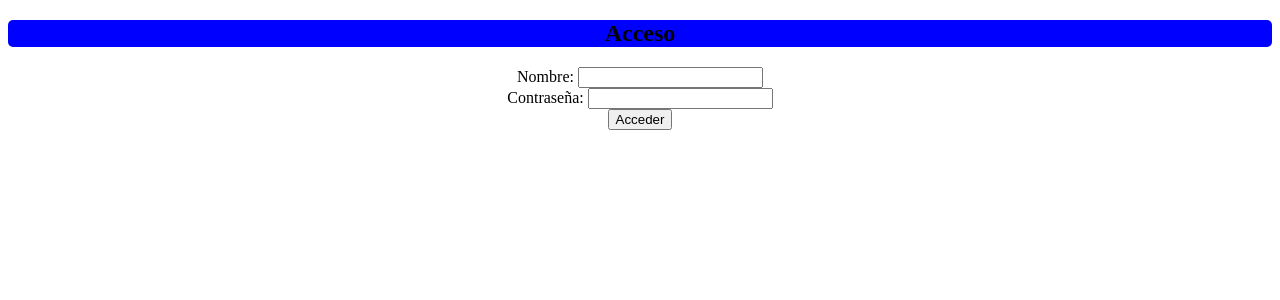
Repository: MateoSantander/Ejercicios4y5
Page: http://localhost/Ejercicio_4/JSP_login.jsp
The author's editor kept a copy of each file at every save. The page is drawn from the files as they stood at one save, then again after the next save.
The browser window is 1280 px wide. The pictures show the whole page.
The page is served by Tomcat 9.

Above is the page before, as saved 2022-03-18 13:33:21.

After the next save:
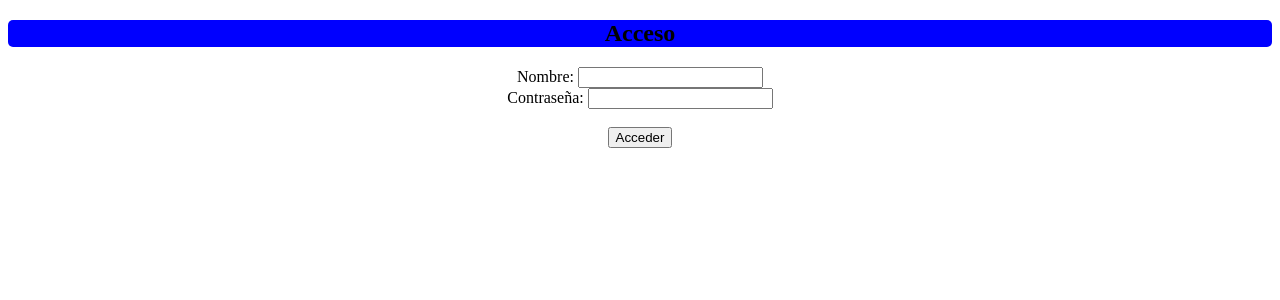
Saved 65 s later.
--- a/Ejercicio_4/src/main/webapp/JSP_login.jsp
+++ b/Ejercicio_4/src/main/webapp/JSP_login.jsp
@@ -13,7 +13,7 @@
 			Nombre: <input type="text" class="form-control" name="username"/>
 			<br/>
 			Contraseña: <input type="password" class="form-control" name="password"/>
-			<br/>
+			<br/><br/>
 			<input type="submit" value="Acceder">
 		</form>
 </body>
